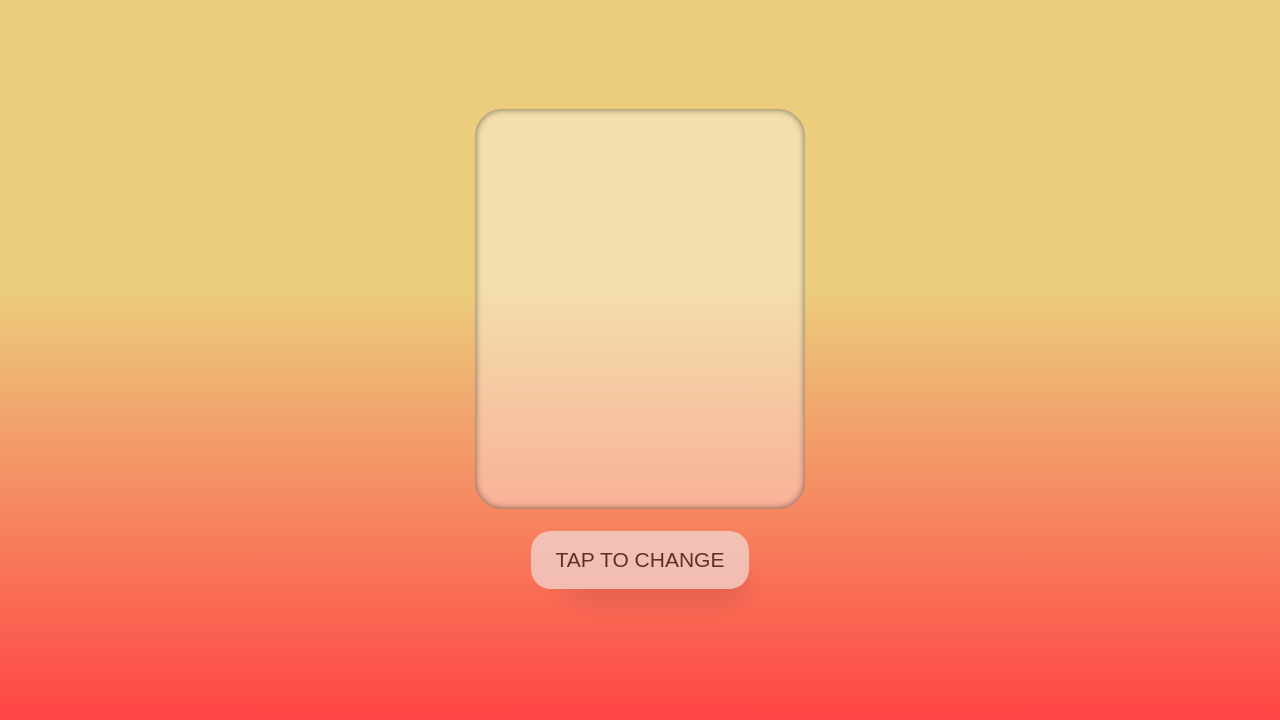
Repository: ThanhThn/profile
Page: index.html
An editor plug-in stored every save of this project. The page is shown before and after the next save, followed by the edit.
The browser window is 1280 px wide. The pictures show the whole page.
Some web fonts or font styles are not loaded; a fallback is used.

Above is the page before, as saved 2022-12-05 00:13:11.

### index.html
<!DOCTYPE html>
<html lang="en">
<head>
    <meta charset="UTF-8">
    <meta http-equiv="X-UA-Compatible" content="IE=edge">
    <meta name="viewport" content="width=device-width, initial-scale=1.0">
    <title>Document</title>
    <link rel="stylesheet" href="style.css">
</head>
<body>
    <div class="container">
        <div class="content"></div>
        <button class="btn">tap to change</button>
    </div>
</body>
</html>

### style.css
@import url('https://fonts.googleapis.com/css2?family=Kodchasan:wght@700&family=Pacifico&display=swap');
*{
    padding: 0;
    margin: 0;
    box-sizing: border-box;
}

body{
    background:  linear-gradient( to bottom, rgba(223, 172,39,60%) 40%, rgba(255,22,22,80%) 100% );
    width: 100%;
    height: 100vh;
}
.container{
    position: absolute;
    top: 50%;
    left: 50%;
    transform: translate(-50%, -50%);
    display: flex;
    flex-direction: column;
    align-items: center;
}

.content{
    width: 330px;
    height: 400px;
    background: rgba(255, 255, 255, 35%);
    border-radius: 27px;
    box-shadow: inset 0px 0px 7px rgba(0, 0, 0, 55%);
}

.btn{
    opacity: 0.6;
    width: 218px;
    height: 58px;
    border-radius: 20px;
    border: none;
    margin: 22px;
    font-family: 'Kodchasan', sans-serif;
    font-size: 21px;
    text-transform: uppercase;
    box-shadow: rgba(0, 0, 0, .2) 15px 28px 25px -18px;
    background-position: 0 90%;
    background-repeat: repeat no-repeat;

}

.btn:hover {
    box-shadow: rgba(0, 0, 0, .3) 2px 8px 8px -5px;
    transform: translate3d(0, 2px, 0);
}


.btn:focus {
  box-shadow: rgba(0, 0, 0, .3) 2px 8px 4px -6px;
}

After the next save:
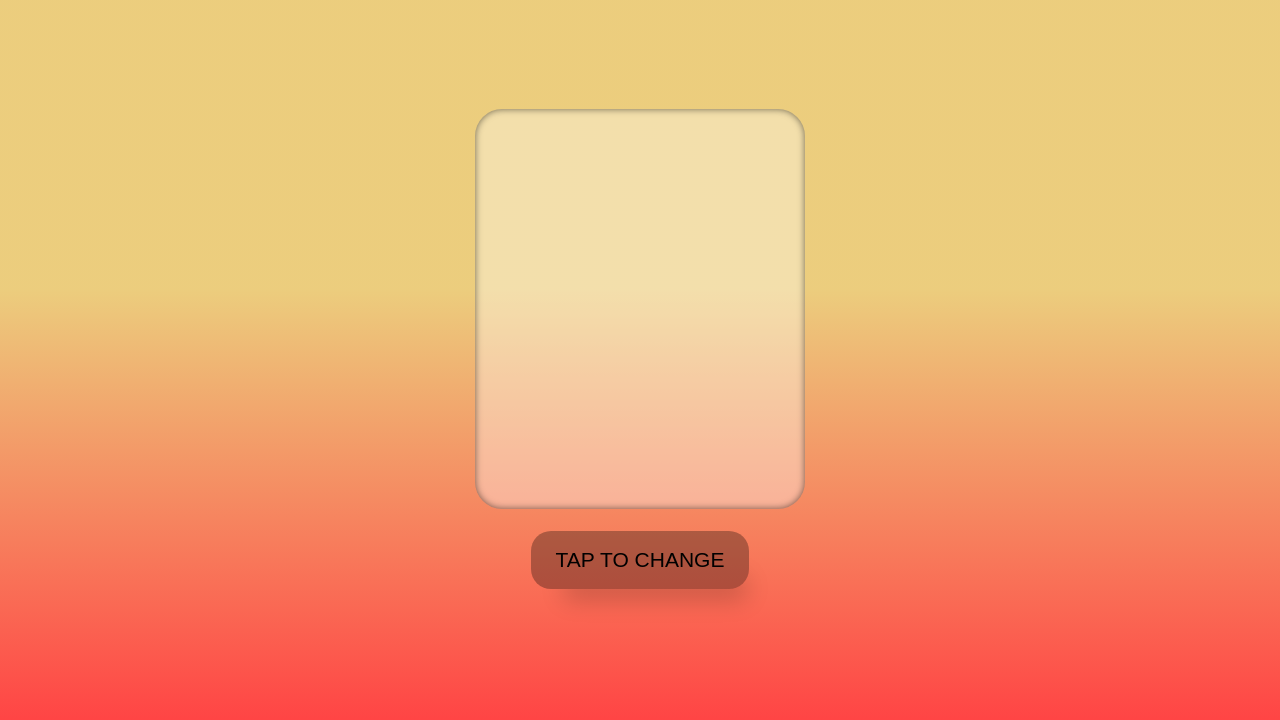
Saved 21 s later.
--- a/style.css
+++ b/style.css
@@ -29,7 +29,7 @@ body{
 }
 
 .btn{
-    opacity: 0.6;
+    background: rgba(0, 0, 0, .3);
     width: 218px;
     height: 58px;
     border-radius: 20px;
